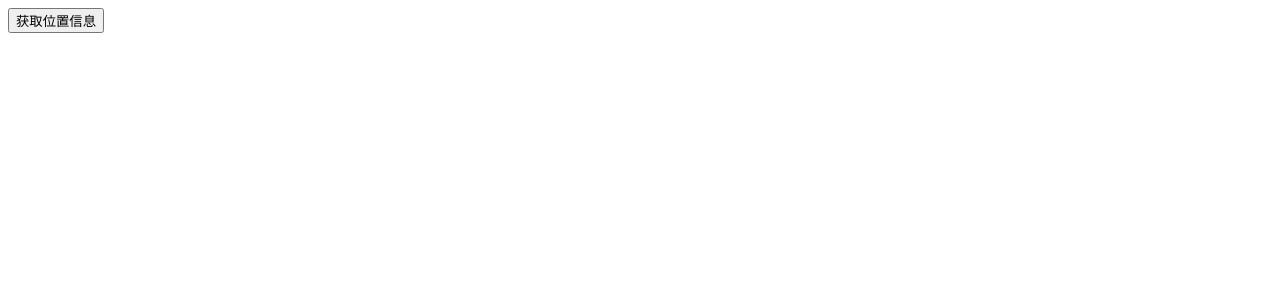
Repository: vidiewei/Learn-Practice
Page: 前端代码实践/H5/地理位置.html
An editor plug-in stored every save of this project. The page is shown before and after the next save, followed by the edit.
The browser window is 1280 px wide. The pictures show the whole page.

Above is the page before, as saved 2021-10-27 16:25:10.

After the next save:
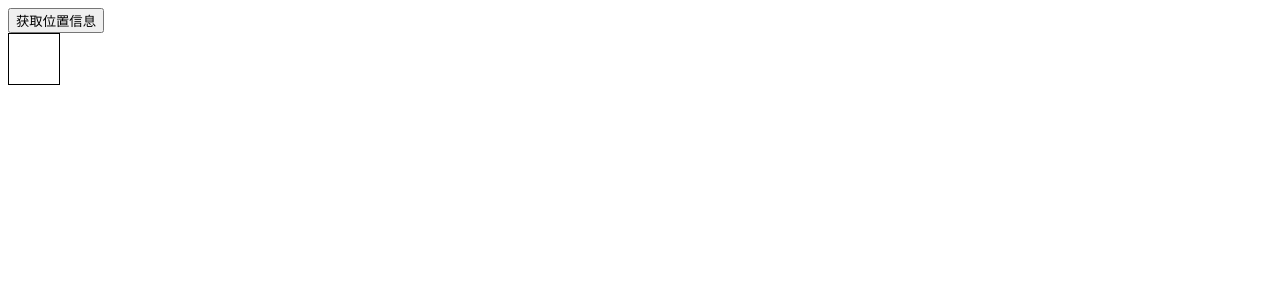
Saved 42 s later.
--- a/前端代码实践/H5/地理位置.html
+++ b/前端代码实践/H5/地理位置.html
@@ -5,7 +5,9 @@
     <title></title>
     <style type="text/css">
       #geo {
-        border: 1px;
+        height: 50px;
+        width: 50px;
+        border: 1px solid black;
       }
     </style>
   </head>
